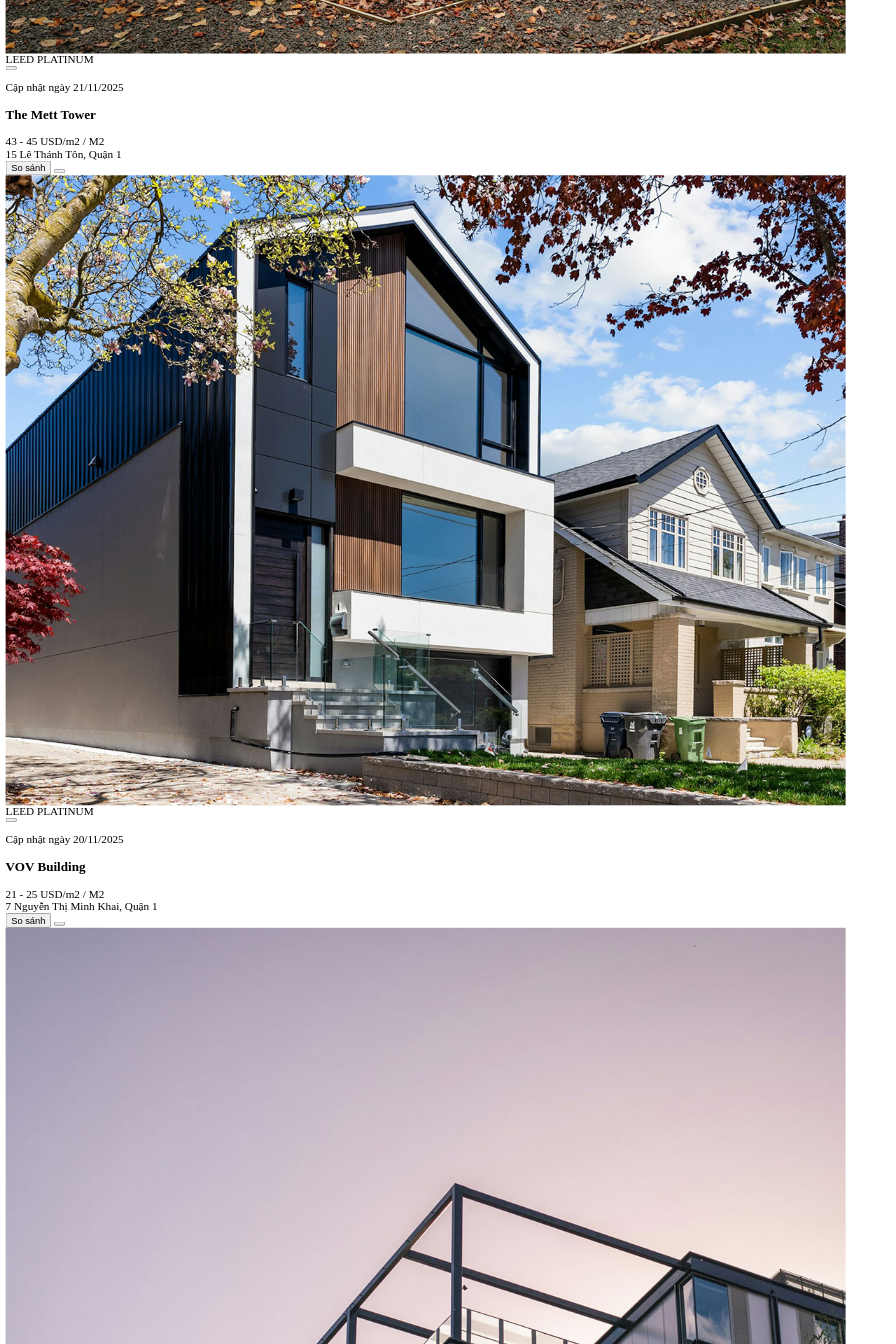
Repository: lannguyen1301/anphuholdings-main
Page: partials/office-rental/office-rental-ward-2.html
The author's editor kept a copy of each file at every save. The page is drawn from the files as they stood at one save, then again after the next save.
The browser window is 1280 px wide. The pictures show the part of the page from y = 3049 to 4969 px (the page is 8679 px tall), at 70% of full size.

Above is the page before, as saved 2025-12-31 14:45:40.

After the next save:
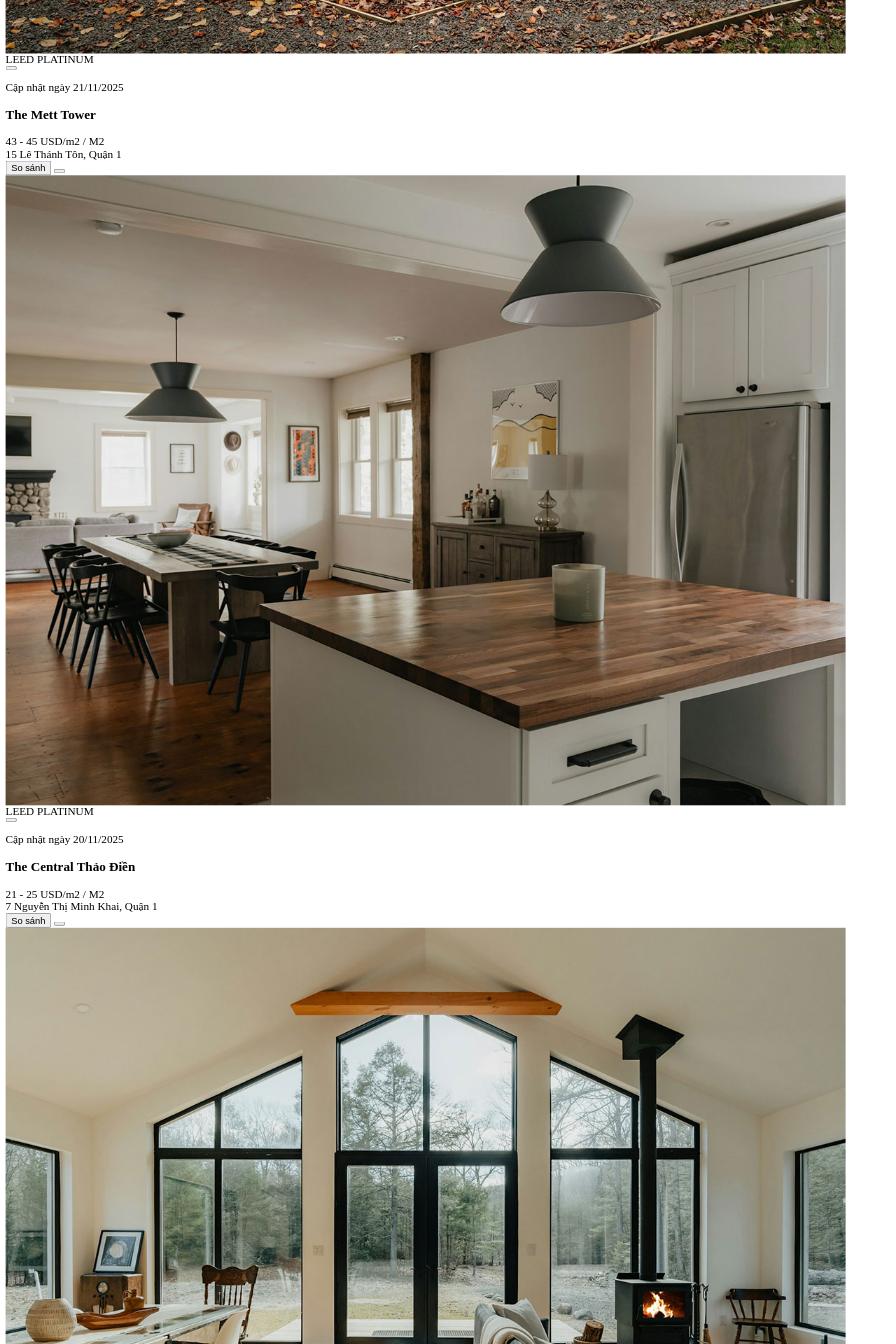
Saved 61 s later.
--- a/partials/office-rental/office-rental-ward-2.html
+++ b/partials/office-rental/office-rental-ward-2.html
@@ -173,7 +173,7 @@
                 style="width: 292px;" data-aos="fade-right">
                 <div class="relative overflow-hidden">
                     <div class="flex h-48 items-center justify-center bg-slate-200">
-                        <img src="assets/images/detail/detail-4.jpg" alt=""
+                        <img src="assets/images/detail/detail-12.jpg" alt=""
                             class="block w-full h-full object-cover aspect-4/3">
                     </div>
                     <div class="absolute left-3 top-3 rounded bg-gold px-2 py-1 text-xs font-semibold text-white">
@@ -189,7 +189,7 @@
                         Cập nhật ngày 20/11/2025
                     </p>
                     <h3 class="mb-3 text-lg font-semibold text-navy overflow-ellipsis line-clamp-1">
-                        VOV Building
+                        The Central Thảo Điền
                     </h3>
 
                     <div class="mb-2 flex items-center gap-2">
@@ -219,7 +219,7 @@
                 style="width: 292px;" data-aos="fade-right">
                 <div class="relative overflow-hidden">
                     <div class="flex h-48 items-center justify-center bg-slate-200">
-                        <img src="assets/images/detail/detail-5.jpg" alt=""
+                        <img src="assets/images/detail/detail-13.jpg" alt=""
                             class="block w-full h-full object-cover aspect-4/3">
                         <!-- <i class="fas fa-image text-5xl text-gray-400"></i> -->
                     </div>
@@ -236,7 +236,7 @@
                         Cập nhật ngày 19/11/2025
                     </p>
                     <h3 class="mb-3 text-lg font-semibold text-navy overflow-ellipsis line-clamp-1">
-                        Ruby Tower
+                        Pearl Center
                     </h3>
 
                     <div class="mb-2 flex items-center gap-2">
@@ -267,7 +267,7 @@
                 style="width: 292px;" data-aos="fade-right">
                 <div class="relative overflow-hidden">
                     <div class="flex h-48 items-center justify-center bg-slate-200">
-                        <img src="assets/images/detail/detail-6.jpg" alt=""
+                        <img src="assets/images/detail/detail-14.jpg" alt=""
                             class="block w-full h-full object-cover aspect-4/3">
                     </div>
                     <div class="absolute left-3 top-3 rounded bg-gold px-2 py-1 text-xs font-semibold text-white">
@@ -283,7 +283,7 @@
                         Cập nhật ngày 19/11/2025
                     </p>
                     <h3 class="mb-3 text-lg font-semibold text-navy overflow-ellipsis line-clamp-1">
-                        Havana Tower
+                        Thisofic Tower
                     </h3>
 
                     <div class="mb-2 flex items-center gap-2">
@@ -314,7 +314,7 @@
                 style="width: 292px;" data-aos="fade-right">
                 <div class="relative overflow-hidden">
                     <div class="flex h-48 items-center justify-center bg-slate-200">
-                        <img src="assets/images/detail/detail-7.jpg" alt=""
+                        <img src="assets/images/detail/detail-15.jpg" alt=""
                             class="block w-full h-full object-cover aspect-4/3">
                     </div>
                     <div class="absolute left-3 top-3 rounded bg-gold px-2 py-1 text-xs font-semibold text-white">
